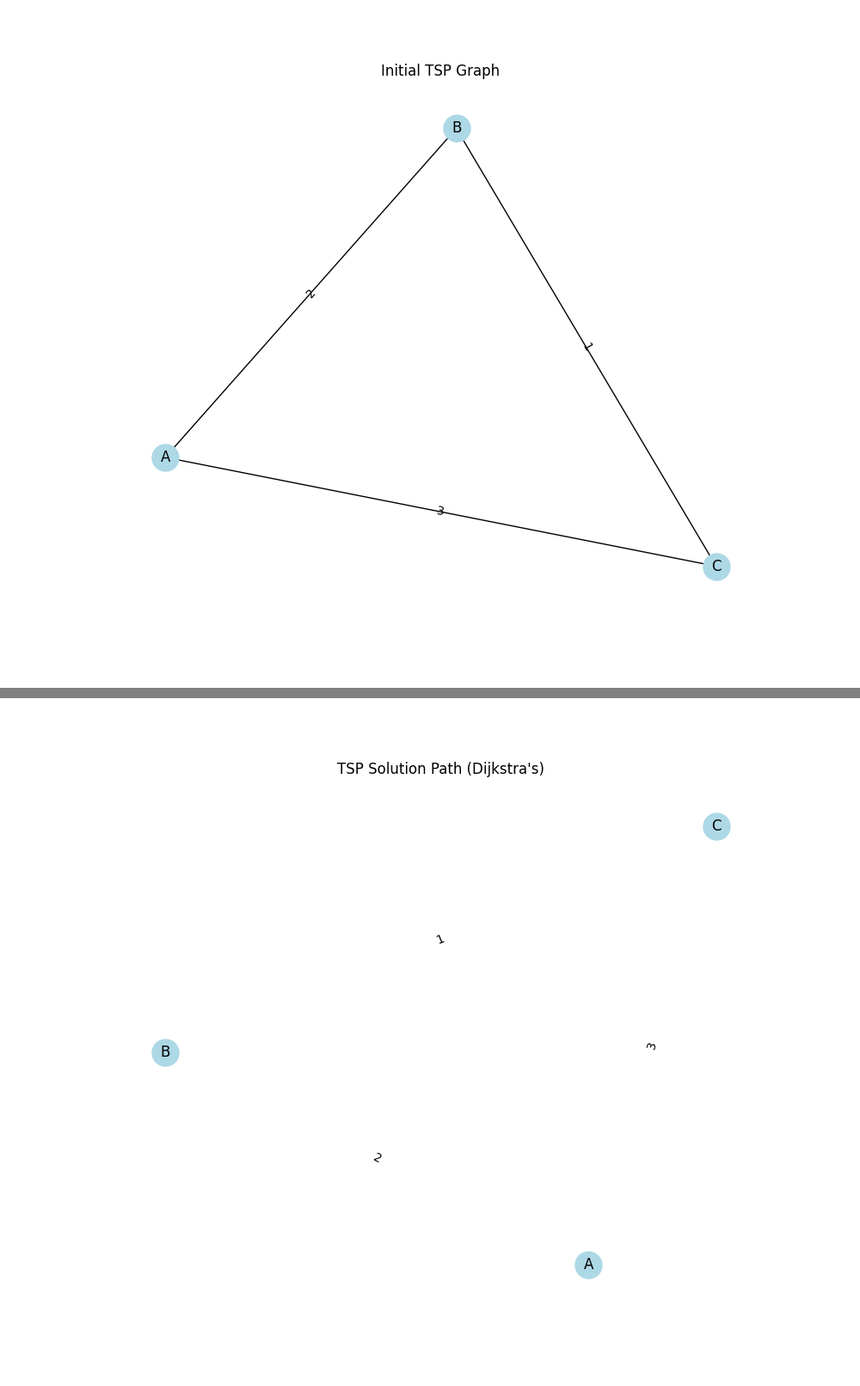
Repository: rineez/qcqml4-12-tsp-qaoa
Script's output: python djikstras.py
An editor plug-in stored every save of this project. The script's output is shown before and after the next save, followed by the edit.
The pictures are shown at 86% of full size.
Each picture stacks the figures in order, with grey between them; figures that are only written to a file come last. Random numbers start from a fixed seed.

Above is the script's output before, as saved 2024-10-26 14:57:04.

After the next save:
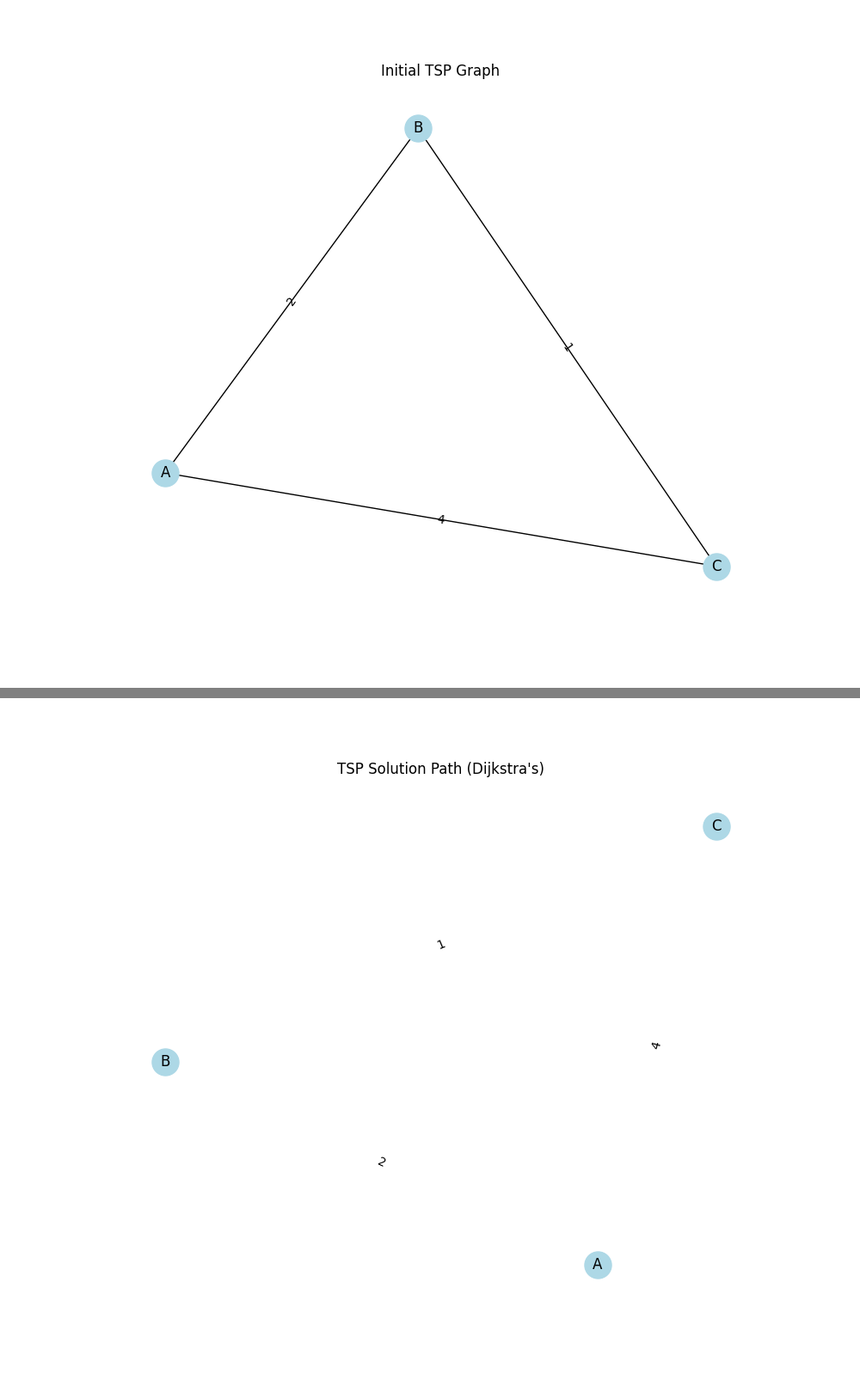
Saved 52 s later.
--- a/djikstras.py
+++ b/djikstras.py
@@ -127,9 +127,9 @@ def main():
     """
     # Create sample problem
     distances = np.array([
-        [0, 2, 3],  # Distances from A to [A, B, C]
+        [0, 2, 4],  # Distances from A to [A, B, C]
         [2, 0, 1],  # Distances from B to [A, B, C]
-        [3, 1, 0]   # Distances from C to [A, B, C]
+        [4, 1, 0]   # Distances from C to [A, B, C]
     ])
     cities = ['A', 'B', 'C']
 
